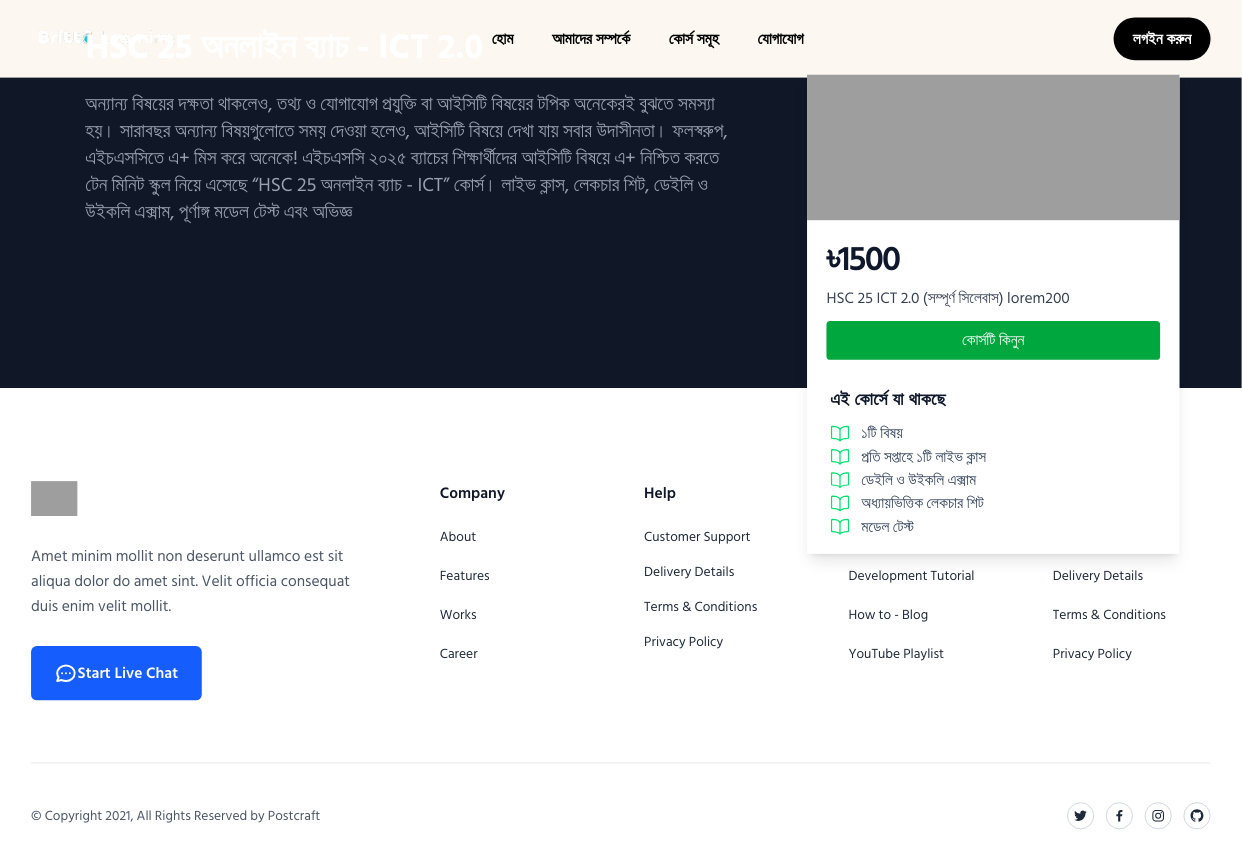
Repository: Ruddro420/course-selling
Page: /single-course
These files come from the project's save history. The page is drawn as it stood at one moment and after the next save; the edit follows.
The browser window is 1280 px wide. The pictures show the whole page, at 97% of full size.
Pictures or frames that could not be fetched are drawn as grey boxes. The project was rebuilt for these pictures with package versions that can differ from the ones it lists, and the page was loaded fresh each time. Also part of the build but not shown: vite.config.js, src/components/AboutSection.jsx, src/components/ContactSection.jsx, src/components/CourseSection.jsx, src/components/Hero.jsx, src/components/TeamSection.jsx, src/components/WhyUsSection.jsx, src/pages/Home.jsx and 2 more.

Above is the page before, as saved 2025-02-06 03:26:34.

After the next save:
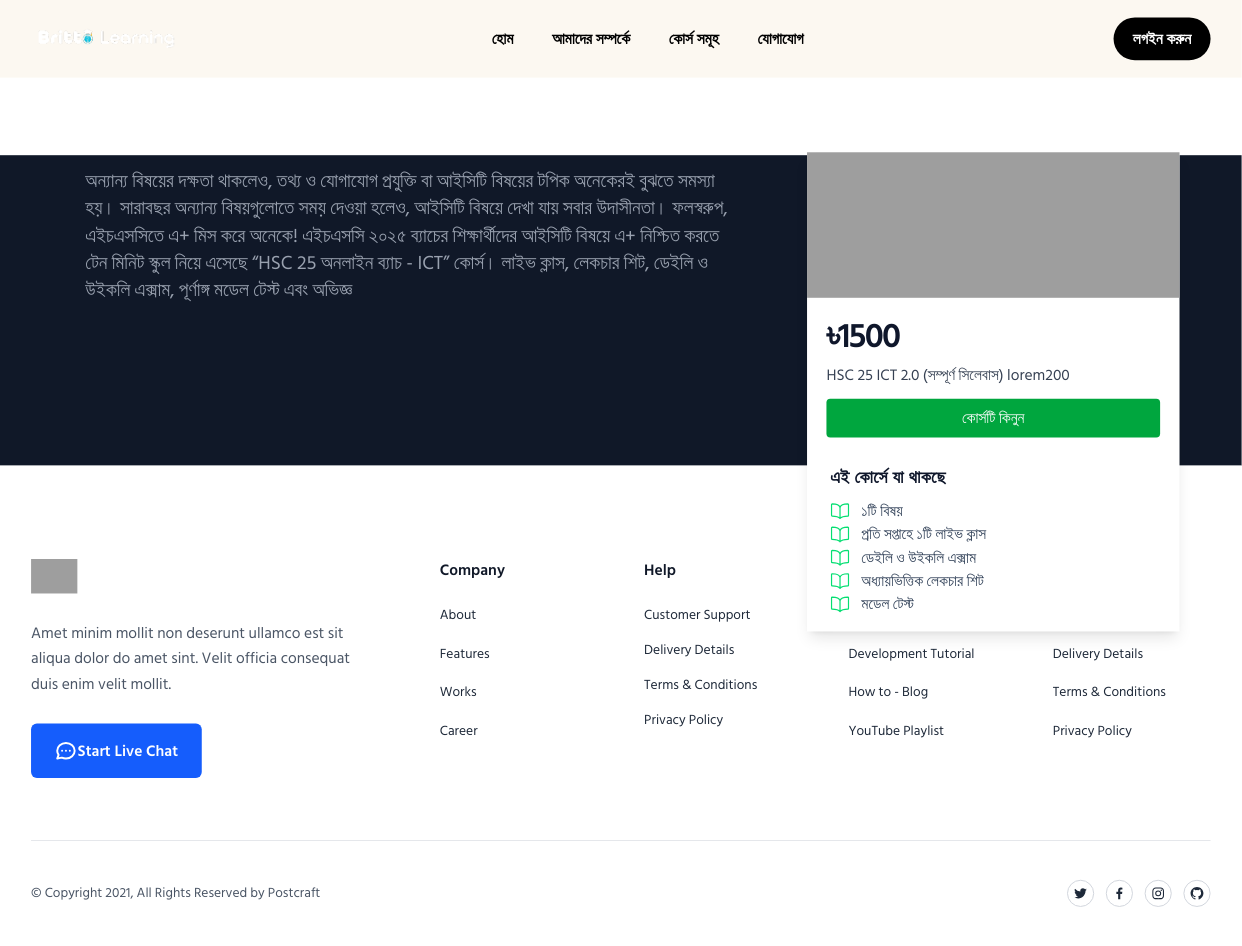
Saved 45 s later.
--- a/src/components/courseComponent/CourseHero.jsx
+++ b/src/components/courseComponent/CourseHero.jsx
@@ -3,7 +3,7 @@ import { IoBookOutline } from "react-icons/io5";
 const CourseHero = () => {
   return (
     <div className="">
-      <div className="bg-gray-900 py-20 course-hero-section  h-80 flex items-center justify-between mx-auto p-4 py-10 sm:py-16 lg:py-24">
+      <div className="bg-gray-900 py-20 course-hero-section  h-80 flex items-center justify-between mx-auto p-4 mt-20">
         <div className="container mx-auto mt-10 max-w-screen-xl md:px-12">
           <div className="flex flex-col course-hero md:flex-row md:gap-12">
 
